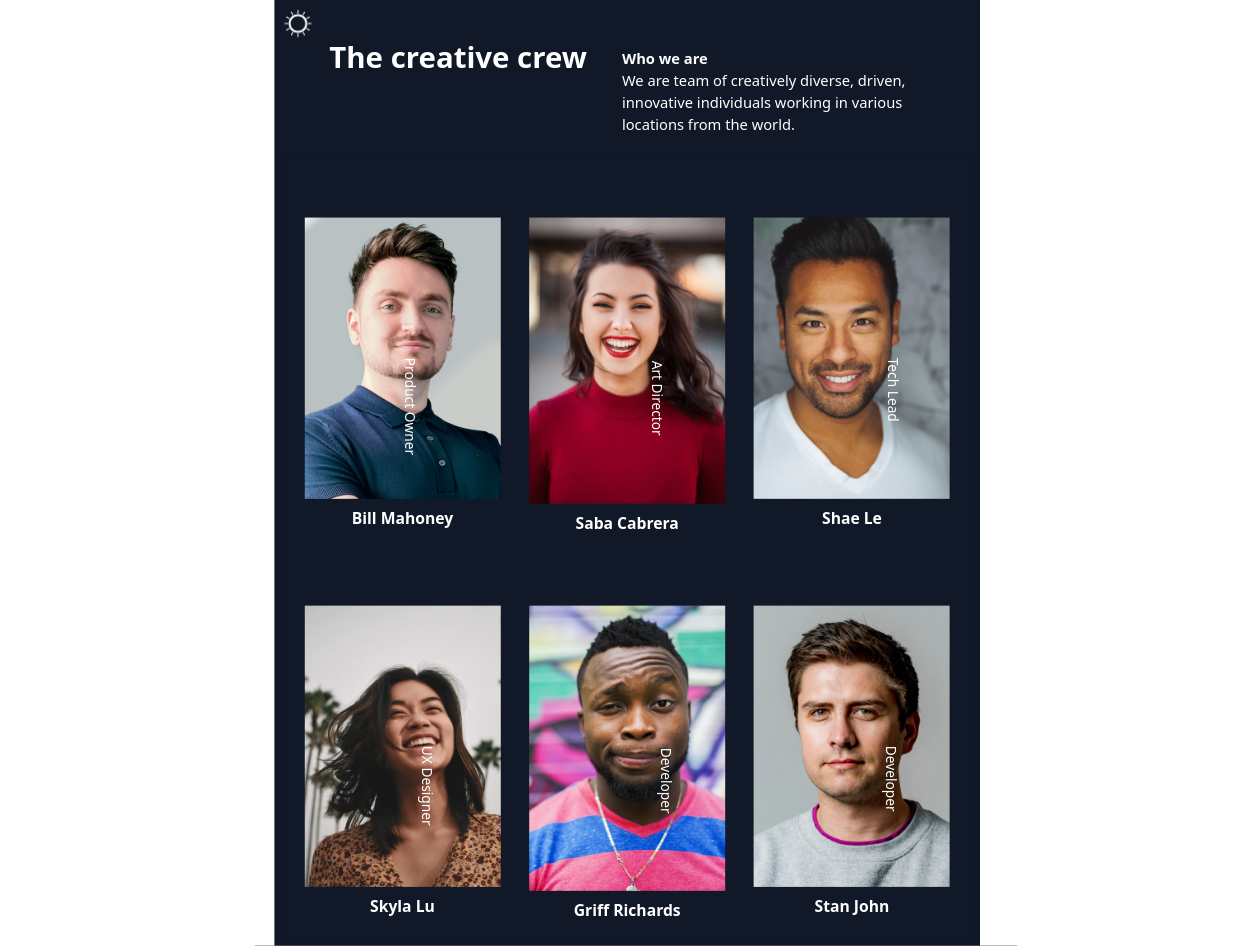
Repository: Alzate1075/Funval-G3-N2
Page: /
The author's editor kept a copy of each file at every save. The page is drawn from the files as they stood at one save, then again after a run of saves.
The browser window is 1280 px wide. The pictures show the whole page, at 98% of full size.
The project was rebuilt for these pictures with package versions that can differ from the ones it lists, and the page was loaded fresh each time. Also part of the build but not shown: vite.config.js.

Above is the page before, as saved 2025-07-02 23:10:01.

### index.html
<!DOCTYPE html>
<html lang="en">
  <head>
    <meta charset="UTF-8" />
    <link rel="icon" type="image/svg+xml" href="/vite.svg" />
    <meta name="viewport" content="width=device-width, initial-scale=1.0" />
    <link rel="stylesheet" href="./src/index.css" />
    <title>Vite + React</title>
  </head>
  <body>
    <div id="root"></div>
    <script type="module" src="/src/main.jsx"></script>
  </body>
</html>

### src/App.jsx
import { TeamCard } from "./components/TeamCard";
import miArray from "./components/ArrayTeams";

function App() {
  return (
    <div className="md:bg-[#111827] p-2 md:mx-70">
      <div>
        <img src="/images/sol.png" alt="sol" className="w-8 justify-end" />
      </div>
      <div>
        <img
          src="/images/luna.png"
          alt="luna"
          className="w-8 justify-start md:hidden"
        />
      </div>
      <div className="md:text-white text-black text-center md:flex md:justify-between md:mx-12">
        <h1 className="text-3xl font-bold">The creative crew</h1>
        <p className="text-[15px] mt-2 max-w-md md:text-md text-wrap text-left m-5">
          <b>Who we are</b>
          <br />
          We are team of creatively diverse, driven, <br /> innovative
          individuals working in various <br /> locations from the world.
        </p>
      </div>

      <div className="md:bg-[#111827] grid grid-cols-2 md:grid-cols-3 gap-x-4 gap-y-6 p-4">
        {miArray.map((persona, index) => (
          <TeamCard
            key={index}
            name={persona.name}
            role={persona.role}
            image={persona.image}
            extraClass={index % 3 === 1 ? "mt-16" : ""}
          />
        ))}
      </div>
    </div>
  );
}

export default App;

### src/components/TeamCard.jsx
export function TeamCard(props) {
  return (
    <div className={`md:mt-12 ${props.extraClass}`}>
      <div className="text-black md:text-white md:flex md:items-center md:justify-center gap-2 relative">
        <img src={props.image} alt={props.name} className="md:w-[200px] w-20" />
        <span className="absolute right-0 top-1/2 -translate-y-1/2 rotate-90 origin-left text-sm">
          {props.role}
        </span>
      </div>
      <div className="md:text-white text-center mt-2">
        <h3 className="font-semibold">{props.name}</h3>
      </div>
    </div>
  );
}

### src/components/ArrayTeams.jsx
import React from "react";
const miArray = [
  {
    name: "Bill Mahoney",
    role: "Product Owner",
    image: "/images/photo1.png",
  },
  {
    name: "Saba Cabrera",
    role: "Art Director",
    image: "/images/photo2.png",
  },
  {
    name: "Shae Le",
    role: "Tech Lead",
    image: "/images/photo3.png",
  },
  {
    name: "Skyla Lu",
    role: "UX Designer",
    image: "/images/photo4.png",
  },
  {
    name: "Griff Richards",
    role: "Developer",
    image: "/images/photo5.png",
  },
  {
    name: "Stan John",
    role: "Developer",
    image: "/images/photo6.png",
  },
];

export default miArray;

Loaded but not shown: src/index.css (common file); src/main.jsx (common file)

After the next 2 saves:
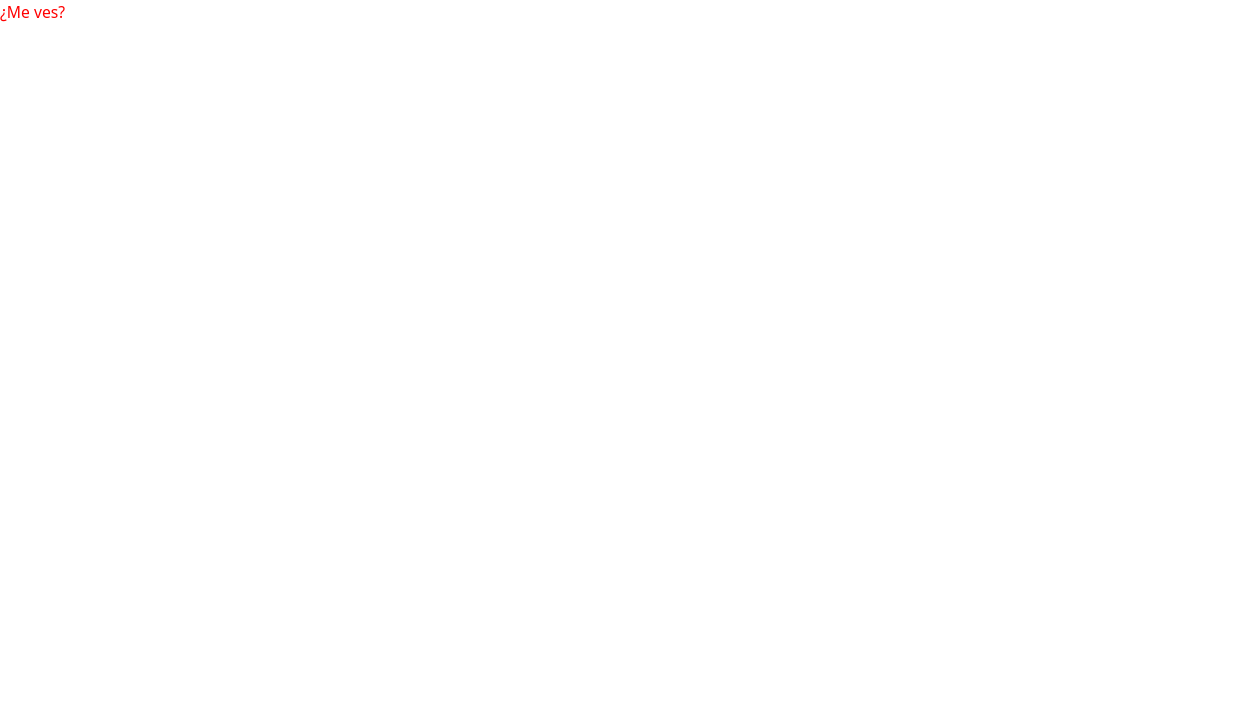
The 2 saves are shown as one change because 1 did not build or start.
The last was saved 4 min 5 s later.
--- a/src/App.jsx
+++ b/src/App.jsx
@@ -1,3 +1,4 @@
+/* import React from 'react'
 import { TeamCard } from "./components/TeamCard";
 import miArray from "./components/ArrayTeams";
 
@@ -39,4 +40,14 @@
   );
 }
 
+export default App; */
+
+function App() {
+  return (
+    <div>
+      <h1 style={{ color: "red" }}>¿Me ves?</h1>
+    </div>
+  );
+}
+
 export default App;

After the 4 saves that followed:
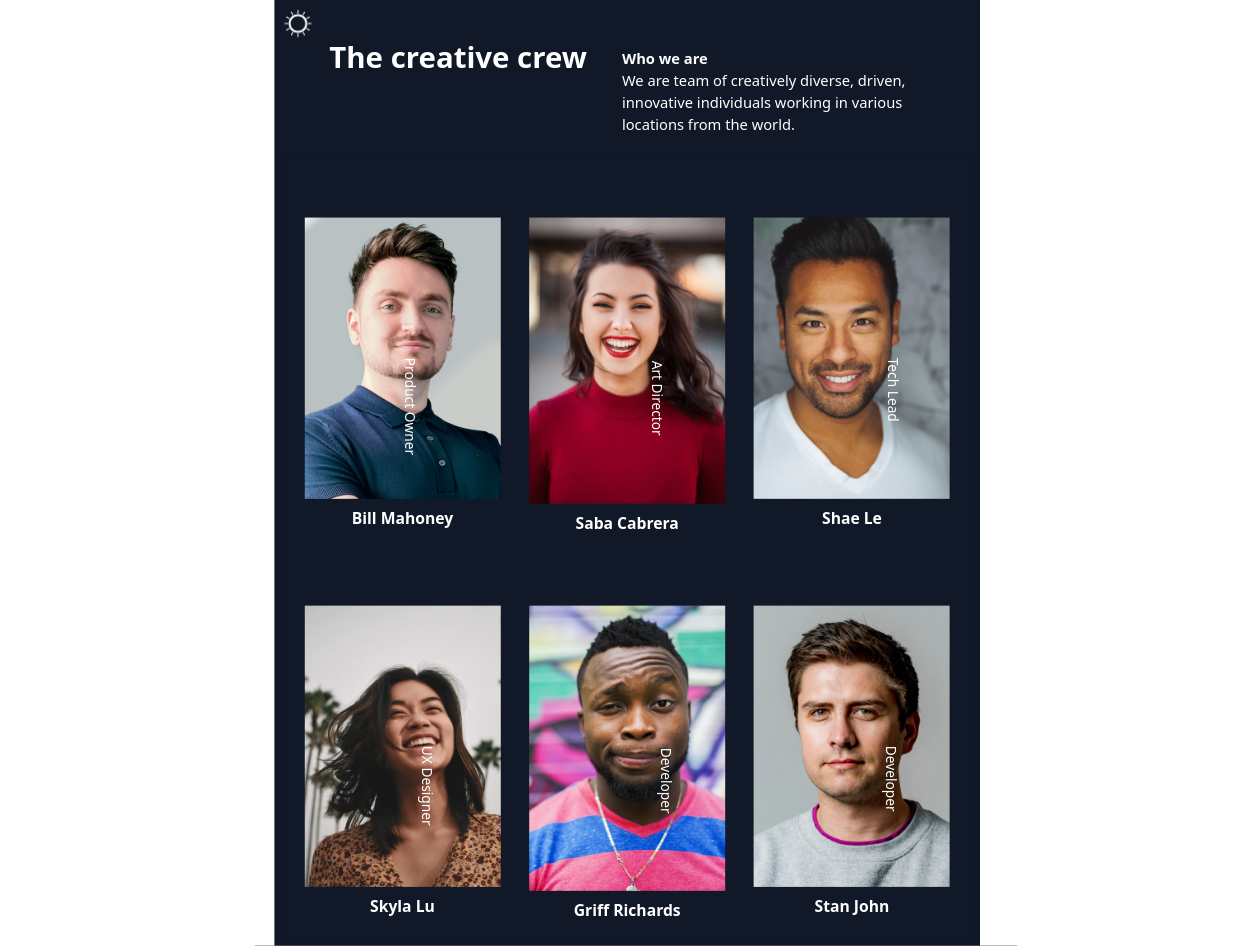
The 4 saves are shown as one change because 2 did not build or start and 1 left the picture as it was.
The last was saved 88 s later.
--- a/src/App.jsx
+++ b/src/App.jsx
@@ -1,4 +1,4 @@
-/* import React from 'react'
+import React from "react";
 import { TeamCard } from "./components/TeamCard";
 import miArray from "./components/ArrayTeams";
 
@@ -40,14 +40,4 @@
   );
 }
 
-export default App; */
-
-function App() {
-  return (
-    <div>
-      <h1 style={{ color: "red" }}>¿Me ves?</h1>
-    </div>
-  );
-}
-
 export default App;
